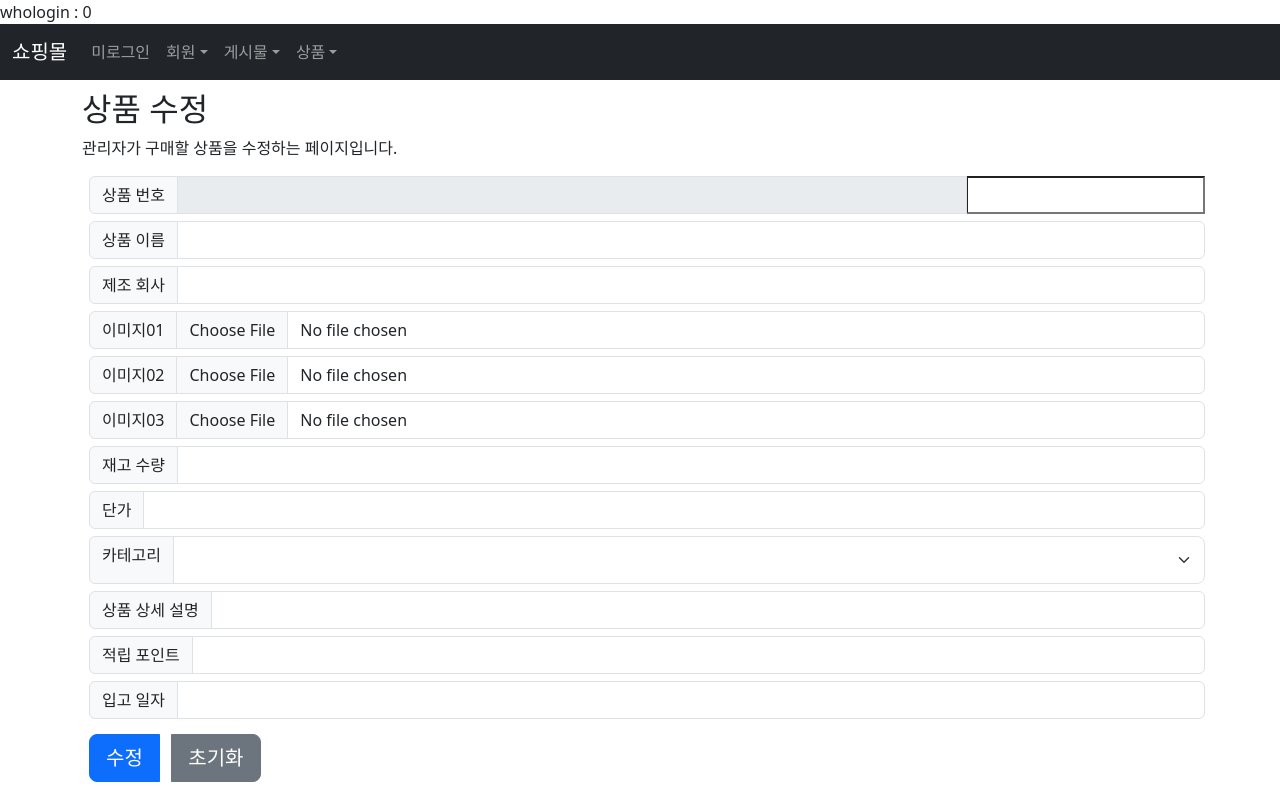
Repository: Sain-Clair/Team5
Page: http://localhost/Student/product/prUpdateForm.jsp
The author's editor kept a copy of each file at every save. The page is drawn from the files as they stood at one save, then again after the next save.
The browser window is 1280 px wide. The pictures show the whole page.
The page is served by Tomcat 9. The template is opened directly, without the code that normally fills it, so the values that code supplies are empty.

Above is the page before, as saved 2023-09-07 06:02:46.

After the next save:
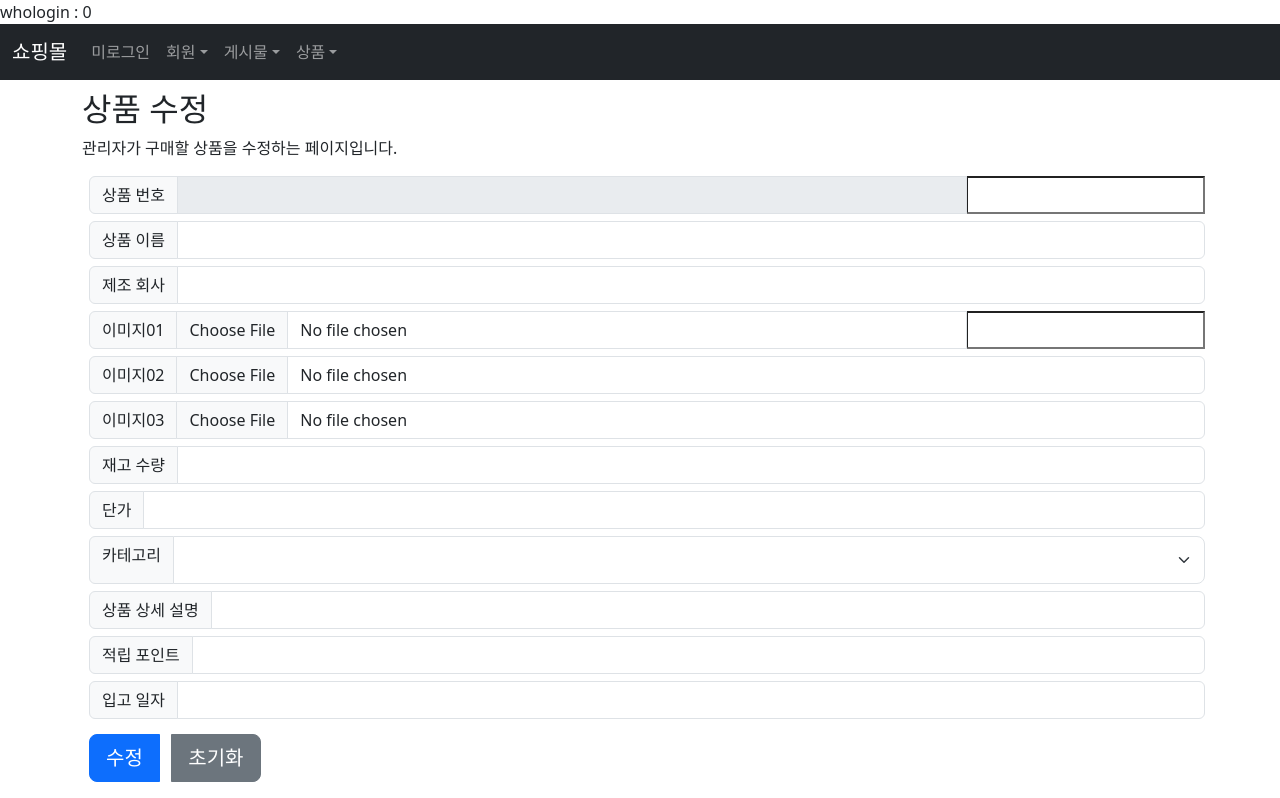
Saved 2 min 49 s later.
--- a/Student/src/main/webapp/product/prUpdateForm.jsp
+++ b/Student/src/main/webapp/product/prUpdateForm.jsp
@@ -190,6 +190,7 @@
 			<div class="input-group">
 				<span class="input-group-text">이미지01</span>
 				<input class="form-control" type="file" id="image01" name="image01">
+				<input type="text" id="image01" name="image01">
 			</div>
 			<div class="input-group">
 				<span class="input-group-text">이미지02</span>
